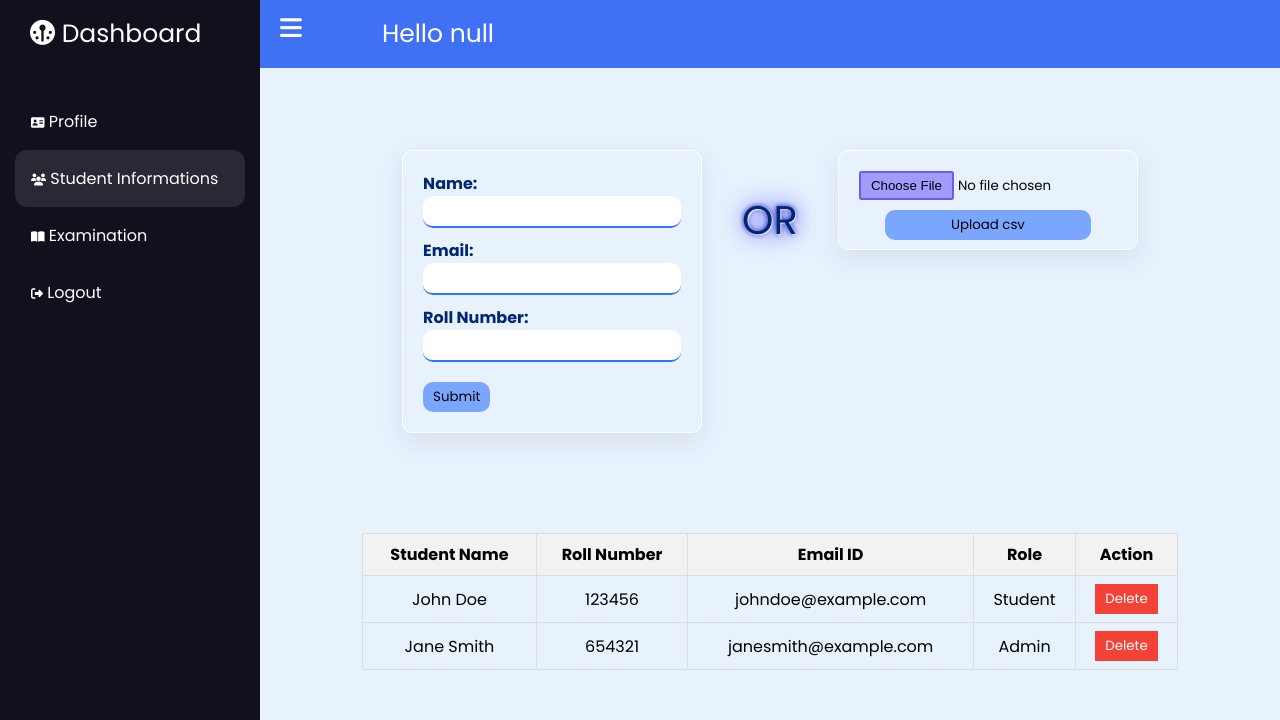
Repository: Buddhadip/ExamPortalApp_struts
Page: http://localhost/ExamWizard/WEB-INF/views/addStudent.jsp
An editor plug-in stored every save of this project. The page is shown before and after the next save, followed by the edit.
The browser window is 1280 px wide. The pictures show the whole page.
The page is served by Tomcat 9. Nobody is signed in. Other server files are loaded and not shown. The template is opened directly, without the code that normally fills it, so the values that code supplies are empty.

Above is the page before, as saved 2023-07-14 10:28:32.

### ExamWizard/src/main/webapp/WEB-INF/views/addStudent.jsp
<%@ page language="java" contentType="text/html; charset=ISO-8859-1"
    pageEncoding="ISO-8859-1"%>
<!DOCTYPE html>
<html>
<head>
<meta charset="ISO-8859-1">
<title>Student Details</title>
 <link rel="stylesheet" href="public/styles/addStudent.css" />
  <link rel="stylesheet" href="public/styles/adminHome.css" />
    <link
      rel="stylesheet"
      href="https://cdnjs.cloudflare.com/ajax/libs/font-awesome/6.4.0/css/all.min.css"
    />
</head>
<body>
<%@ taglib prefix="c" uri="http://java.sun.com/jsp/jstl/core" %>
<%
   // Retrieve a session attribute
   String username = (String) session.getAttribute("username");
%>
	 <nav class="sidebar">
      <a href="#" class="logo">
        <i class="fa-solid fa-gauge fa-spin"></i>
        Dashboard
      </a>

      <div class="menu-content">
        <ul class="menu-items">
          <li class="item">
            <a href="profile.do">
              <i class="fa-solid fa-address-card"></i>
              Profile</a
            >
          </li>

          <li class="item selected-item">
            <a href="studentPage.do">
              <i class="fa-solid fa-users"></i>
              Student Informations</a
            >
          </li>

          <li class="item">
            <a href="#">
              <i class="fa-solid fa-book-open"></i>
              Examination</a
            >
          </li>

          <li class="item">
            <a href="logout.do">
              <i class="fa-solid fa-right-from-bracket"></i>
              Logout</a
            >
          </li>
        </ul>
      </div>
    </nav>

    <nav class="navbar">
      <i class="fa-solid fa-bars" id="sidebar-close"></i>
      <div class="hellotext">Hello <%= username %></div>
    </nav>

    <main class="main">
      <div class="uploader">
        <div class="box">
          <form action="addUser.do" method="post" onsubmit="manageFormSubmit()">
            <div class="form-group">
              <label for="name">Name:</label>
              <input type="text" id="name" name="name" required />
            </div>
            <div class="form-group">
              <label for="email">Email:</label>
              <input type="email" id="email" name="email" required />
            </div>
            <div class="form-group">
              <label for="roll">Roll Number:</label>
              <input type="text" id="roll" name="roll" required />
            </div>
            <div class="submit-button">
              <input type="submit" value="Submit" />
            </div>
          </form>
        </div>
        <div class="or-class">OR</div>
        <div class="box2">
          <form
            action="uploadCSV.do"
            method="post"
            enctype="multipart/form-data"
          >
            <input type="file" name="file" accept=".csv" />
            <input type="submit" value="Upload csv" class="upload-button" />
          </form>
        </div>
      </div>

      <div class="student_details">
        <table>
          <thead>
            <tr>
              <th>Student Name</th>
              <th>Roll Number</th>
              <th>Email ID</th>
              <th>Role</th>
              <th>Action</th>
            </tr>
          </thead>
          <tbody>
            <tr>
              <td>John Doe</td>
              <td>123456</td>
              <td>johndoe@example.com</td>
              <td>Student</td>
              <td>
                <button class="delete-button" onclick="deleteStudentById(1)">
                  Delete
                </button>
              </td>
            </tr>
            <tr>
              <td>Jane Smith</td>
              <td>654321</td>
              <td>janesmith@example.com</td>
              <td>Admin</td>
              <td>
                <button class="delete-button" onclick="deleteStudentById(2)">
                  Delete
                </button>
              </td>
            </tr>
            <!-- Add more rows here -->
          </tbody>
        </table>
      </div>
    </main>

    <script src="public/js/addStudent.js"></script>
</body>
</html>

### ExamWizard/src/main/webapp/public/styles/addStudent.css


.uploader{
    display: flex;
    flex-direction: row;

}
.or-class{
    font-size: 40px;
    margin: 40px;
    color: #002774;
    text-shadow: 1px 1px 2px rgb(255, 255, 255), 0 0 25px blue, 0 0 5px darkblue;
}

.box {
    border: 1px solid #ffffff;
    padding: 20px;
    width: 300px;
    border-radius: 10px;
    box-shadow: rgba(149, 157, 165, 0.2) 0px 8px 24px;

  }
  .form-group {
    margin-bottom: 10px;
  }
  .form-group label {
    display: block;
    font-weight: bold;
    color: #002774;
  }
  .form-group input {
    width: 100%;
    padding: 5px;
    border-radius: 10px;
    border: none;
    border-bottom: 2px solid #2f75ff;
  }
  .submit-button input {
    margin-top: 10px;
    background-color: #7aa6ff;
    padding: 5px 10px;
    border-radius: 10px;
    border: none;
    cursor: pointer;
  }
  .submit-button input:hover {
    background-color: #447ff3;
    color: white;
  }

  .box2{
    border: 1px solid #ffffff;
    padding: 20px;
    width: 300px;
    height: 100px;
    border-radius: 10px;
    box-shadow: rgba(149, 157, 165, 0.2) 0px 8px 24px;
  }
  .upload-button{
    margin-top: 10px;
    background-color: #7aa6ff;
    padding: 5px 10px;
    border-radius: 10px;
    border: none;
    cursor: pointer;
    width: 80%;
    margin-left: 10%;
  }
  input[type="file"]{

  }
  input[type="file"]::file-selector-button {
    border: 2px solid #6c5ce7;
    padding:5px 10px;
    border-radius: 0.2em;
    background-color: #a29bfe;
    transition: 1s;

  }

  input[type="file"]::-ms-browse:hover {
    background-color: #81ecec;
    border: 2px solid #00cec9;
  }

  input[type="file"]::-webkit-file-upload-button:hover {
    background-color: #81ecec;
    border: 2px solid #00cec9;
  }

  input[type="file"]::file-selector-button:hover {
    background-color: #81ecec;
    border: 2px solid #00cec9;
  }

  table {
    border-collapse: collapse;
    width: 100%;
    text-align: center;
  }
  th, td {
    border: 1px solid #ddd;
    padding: 8px;
  }
  th {
    background-color: #f2f2f2;
  }
  .delete-button {
    background-color: #f44336;
    border: none;
    color: white;
    padding: 5px 10px;
    text-align: center;
    text-decoration: none;
    display: inline-block;
    cursor: pointer;
  }
  .delete-button:hover {
    background-color: #d32f2f;
  }

  .student_details{
    margin:100px 40px;
    width: 80%;
  }

### ExamWizard/src/main/webapp/public/styles/adminHome.css
@charset "UTF-8";
/* Import Google font - Poppins */
@import url("https://fonts.googleapis.com/css2?family=Poppins:wght@200;300;400;500;600;700&display=swap");
* {
  margin: 0;
  padding: 0;
  box-sizing: border-box;
  font-family: "Poppins", sans-serif;
}
.sidebar {
  position: fixed;
  height: 100%;
  width: 260px;
  background: #11101d;
  padding: 15px;
  z-index: 99;
}
.logo {
  font-size: 25px;
  padding: 0 15px;
}
.sidebar a {
  color: #fff;
  text-decoration: none;
}
.menu-content {
  position: relative;
  height: 100%;
  width: 100%;
  margin-top: 40px;
  overflow-y: scroll;
}
.menu-content::-webkit-scrollbar {
  display: none;
}
.menu-items {
  height: 100%;
  width: 100%;
  list-style: none;
  transition: all 0.4s ease;
}
.submenu-active .menu-items {
  transform: translateX(-56%);
}
.item a,
.submenu-item {
  padding: 16px;
  display: inline-block;
  width: 100%;
  border-radius: 12px;
}
.item i {
  font-size: 12px;
}
.item a:hover,
.submenu-item:hover,
.submenu .menu-title:hover ,
.selected-item {
  background: rgba(255, 255, 255, 0.1);
  border-radius: 12px;
}
.submenu-item {
  display: flex;
  justify-content: space-between;
  align-items: center;
  color: #fff;
  cursor: pointer;
}
.submenu {
  position: absolute;
  height: 100%;
  width: 100%;
  top: 0;
  right: calc(-100% - 26px);
  height: calc(100% + 100vh);
  background: #11101d;
  display: none;
}
.show-submenu ~ .submenu {
  display: block;
}
.submenu .menu-title {
  border-radius: 12px;
  cursor: pointer;
}
.submenu .menu-title i {
  margin-right: 10px;
}
.navbar,
.main {
  left: 260px;
  width: calc(100% - 260px);
  transition: all 0.5s ease;
  z-index: 1000;
}
.sidebar.close ~ .navbar,
.sidebar.close ~ .main {
  left: 0;
  width: 100%;
}
.navbar {
  position: fixed;
  color: #fff;
  padding: 15px 20px;
  font-size: 25px;
  background: #4070f4;
  cursor: pointer;
  display:flex;
  flex-direction:row;

}

.navbar .hellotext{
  margin-left:80px;

}
.navbar #sidebar-close {
  cursor: pointer;
}
.main {
  position: relative;
  display: flex;
  align-items: center;
  justify-content: center;
  height: 100vh;
  z-index: 100;
  background: #e7f2fd;
  flex-direction:column;
  padding-top:200px;
}
.main h1 {
  color: #11101d;
  font-size: 40px;
  text-align: center;
}

### ExamWizard/src/main/webapp/public/js/addStudent.js
const sidebar = document.querySelector(".sidebar");
const sidebarClose = document.querySelector("#sidebar-close");
const menu = document.querySelector(".menu-content");
const menuItems = document.querySelectorAll(".submenu-item");
const subMenuTitles = document.querySelectorAll(".submenu .menu-title");

sidebarClose.addEventListener("click", () => sidebar.classList.toggle("close"));

menuItems.forEach((item, index) => {
  item.addEventListener("click", () => {
    menu.classList.add("submenu-active");
    item.classList.add("show-submenu");
    menuItems.forEach((item2, index2) => {
      if (index !== index2) {
        item2.classList.remove("show-submenu");
      }
    });
  });
});

subMenuTitles.forEach((title) => {
  title.addEventListener("click", () => {
    menu.classList.remove("submenu-active");
  });
});


function manageFormSubmit(){

}

After the next save:
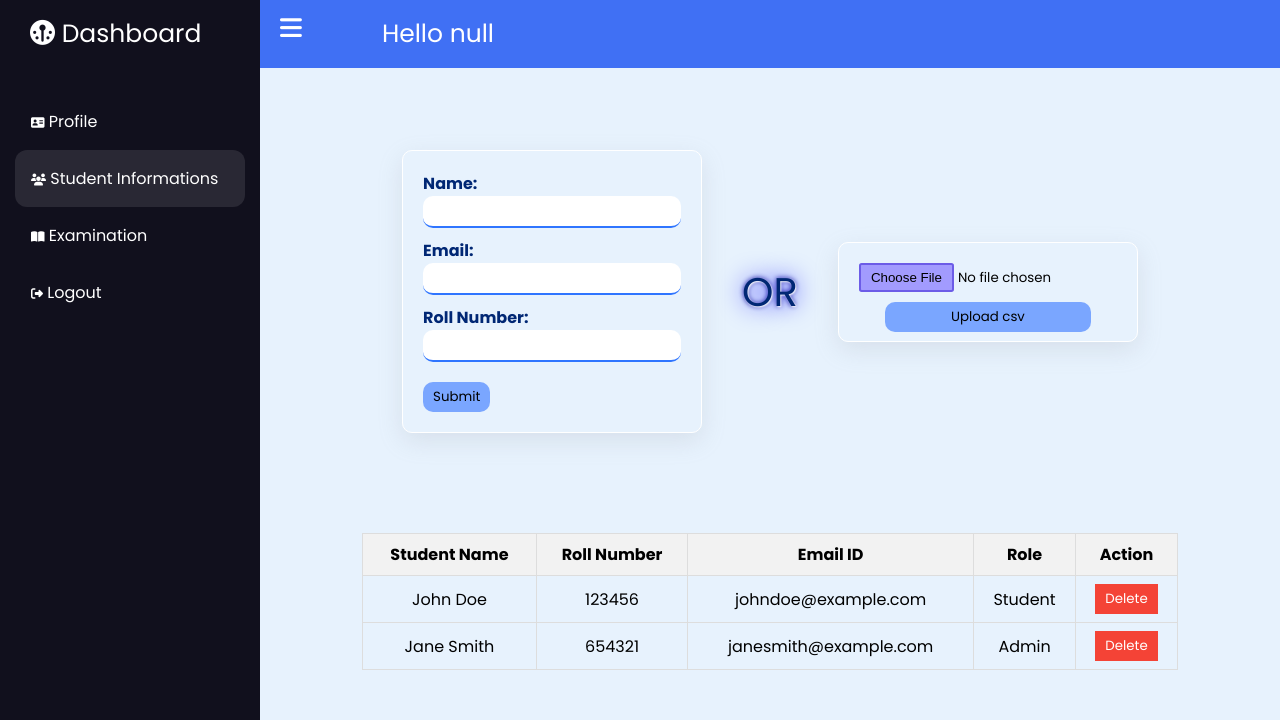
Saved 3 min 28 s later.
--- a/ExamWizard/src/main/webapp/public/styles/addStudent.css
+++ b/ExamWizard/src/main/webapp/public/styles/addStudent.css
@@ -3,6 +3,8 @@
 .uploader{
     display: flex;
     flex-direction: row;
+      align-items: center;
+  justify-content: center;
 
 }
 .or-class{
